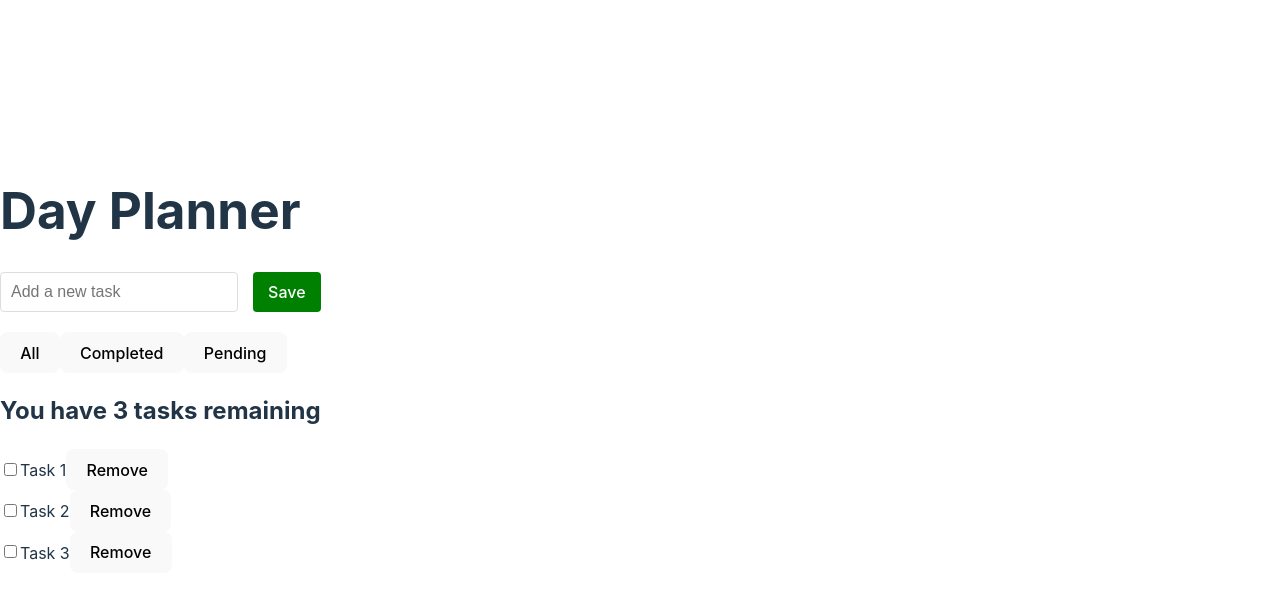
Repository: GavinPahal/Lab7
Page: /
An editor plug-in stored every save of this project. The page is shown before and after the next save, followed by the edit.
The browser window is 1280 px wide. The pictures show the whole page.
The project was rebuilt for these pictures with package versions that can differ from the ones it lists, and the page was loaded fresh each time. Also part of the build but not shown: vite.config.js.

Above is the page before, as saved 2024-10-28 14:27:28.

After the next save:
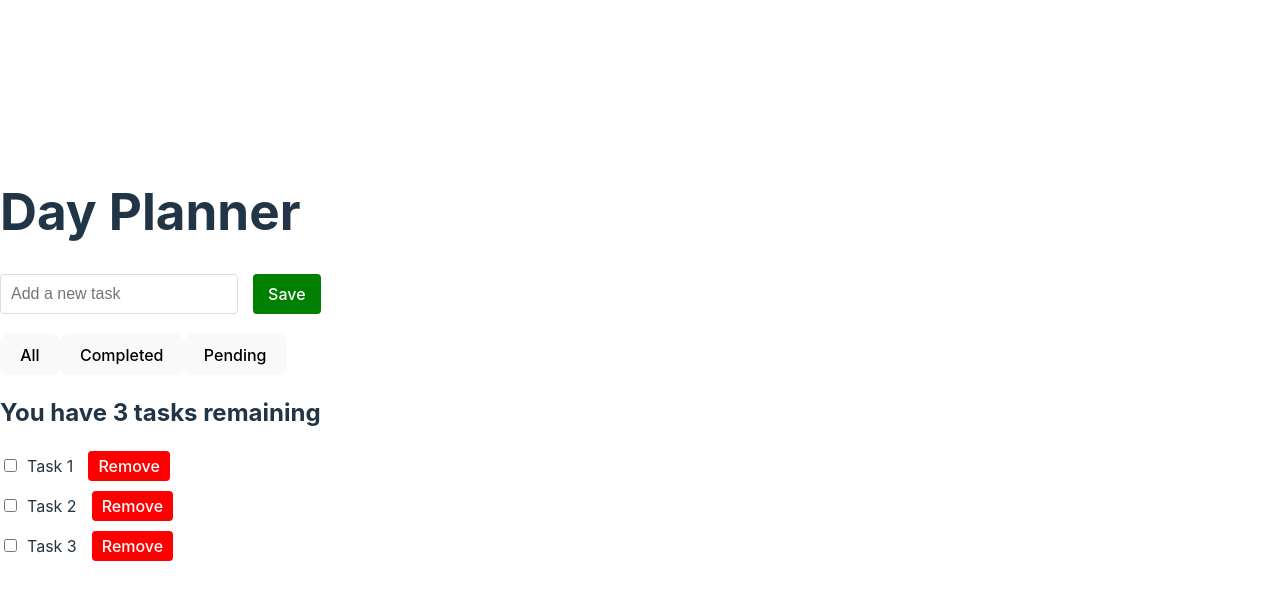
Saved 97 s later.
--- a/src/App.css
+++ b/src/App.css
@@ -25,3 +25,26 @@
   border-radius: 4px; /* Rounded corners */
   font-size: 16px; /* Font size matching input */
 }
+
+.task {
+  display: flex; /* Use flexbox for alignment */
+  align-items: center; /* Center items vertically */
+  margin-bottom: 10px; /* Space between tasks */
+}
+
+.task input[type="checkbox"] {
+  margin-right: 10px; /* Space between checkbox and task text */
+}
+
+.task-text {
+  margin-right: 15px; /* Space between task text and remove button */
+}
+
+.remove-button {
+  background-color: red; /* Red background for remove button */
+  color: white; /* White text for contrast */
+  padding: 5px 10px; /* Padding for the button */
+  border: none; /* No border */
+  cursor: pointer; /* Pointer cursor on hover */
+  border-radius: 4px; /* Rounded corners */
+}
